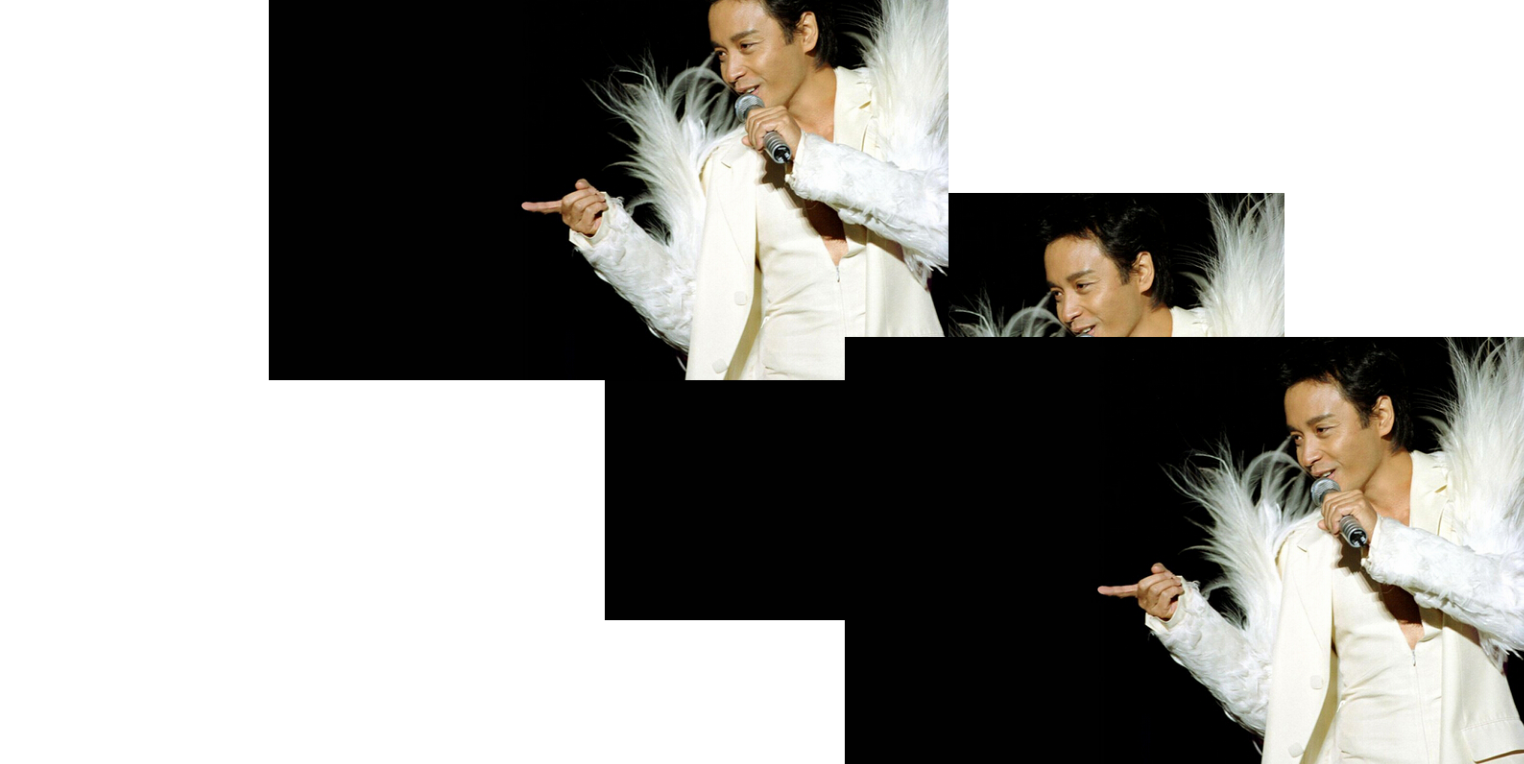
Repository: MasterKweng/workspace
Page: WebBasic/WebContent/Day02/堆叠顺序.html
An editor plug-in stored every save of this project. The page is shown before and after the next save, followed by the edit.
The browser window is 1280 px wide. The page is 1588 px wide, so the pictures cover 1588 px, including what lies to the right of the window. The pictures show the whole page, at 96% of full size.
The pointer rests on the first visible `img`.

Above is the page before, as saved 2018-01-05 09:36:13.

After the next save:
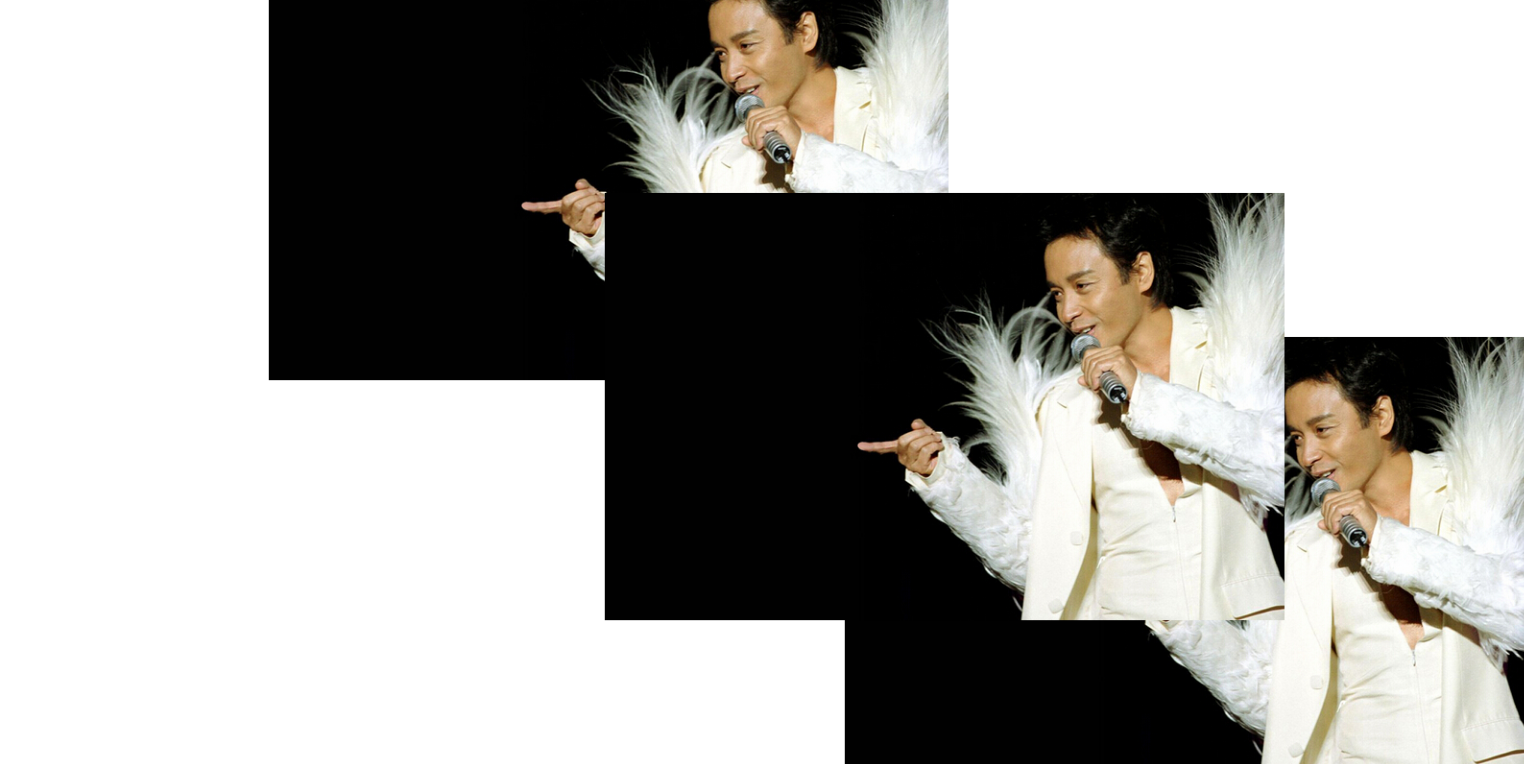
Saved 30 s later.
--- a/WebBasic/WebContent/Day02/堆叠顺序.html
+++ b/WebBasic/WebContent/Day02/堆叠顺序.html
@@ -24,6 +24,9 @@
 				left:250px;
 				top:150px;
 			}
+			img:hover{
+				z-index:9;
+			}
 		</style>
 	</head>
 	<body>
